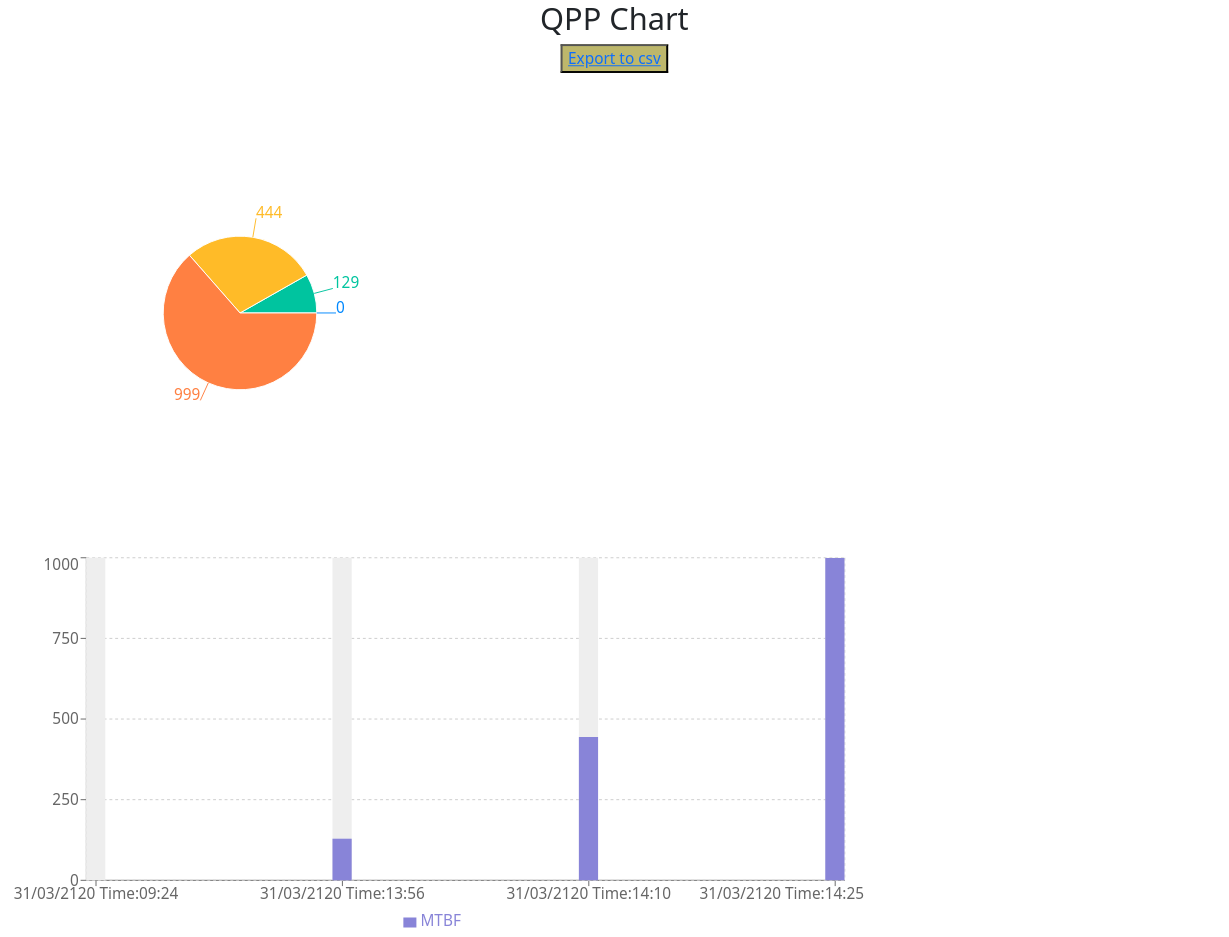
Repository: exiled-kal/ReactChartPrac
Page: /
These files come from the project's save history. The page is drawn as it stood at one moment and after the next save; the edit follows.
The browser window is 1280 px wide. The pictures show the whole page, at 96% of full size.
The project was rebuilt for these pictures with package versions that can differ from the ones it lists, and the page was loaded fresh each time.

Above is the page before, as saved 2021-04-18 19:53:22.

### src/App.js
import './App.css';
import {CSVLink} from 'react-csv';

import {
  PieChart,
  Pie,
  Tooltip,
  BarChart,
  Bar,
  XAxis,
  YAxis,
  CartesianGrid,
  Legend,
  Cell,
} from 'recharts';

const data = [
  {
    StartDateTime: '31/03/2120 Time:09:24',
    SystemUpTime: 6,
    OperationTime: 0,
    DownTime: 0,
    IdleTime: 0,
    MTBF: 0,
    MTBA: 0,
    TotalQuantityIn: 0,
    TotalQuantityOut: 0,
    TotalPassed: 0,
    TotalFailed: 0,
    TotalYield: 0,
    SoftJam: 0,
    HardJam: 0,
    SprintUPH: 514,
  },
  {
    LotID: 'QPP_Test',
    ProductType: 'RB',
    StartDateTime: '31/03/2120 Time:13:56',
    SystemUpTime: 499,
    OperationTime: 129,
    DownTime: 0,
    IdleTime: 364,
    MTBF: 129,
    MTBA: 129,
    TotalQuantityIn: 33,
    TotalQuantityOut: 12,
    TotalPassed: 2,
    TotalFailed: 10,
    TotalYield: 16,
    SoftJam: 0,
    HardJam: 0,
    SprintUPH: 514,
  },
  {
    LotID: 'QPP_Test',
    ProductType: 'RB',
    StartDateTime: '31/03/2120 Time:14:10',
    SystemUpTime: 1481,
    OperationTime: 444,
    DownTime: 0,
    IdleTime: 1028,
    MTBF: 444,
    MTBA: 444,
    TotalQuantityIn: 33,
    TotalQuantityOut: 28,
    TotalPassed: 4,
    TotalFailed: 24,
    TotalYield: 14,
    SoftJam: 0,
    HardJam: 0,
    SprintUPH: 514,
  },
  {
    LotID: 'QPP_Test',
    ProductType: 'RB',
    StartDateTime: '31/03/2120 Time:14:25',
    SystemUpTime: 2680,
    OperationTime: 999,
    DownTime: 0,
    IdleTime: 1581,
    MTBF: 999,
    MTBA: 999,
    TotalQuantityIn: 33,
    TotalQuantityOut: 170,
    TotalPassed: 61,
    TotalFailed: 109,
    TotalYield: 35,
    SoftJam: 0,
    HardJam: 0,
    SprintUPH: 514,
  },
];

const COLORS = ['#0088FE', '#00C49F', '#FFBB28', '#FF8042', '#ff0000'];

const csvReport = {
  filename: './data/data.csv',
  data: data,
};

function App() {
  return (
    <div style={{textAlign: 'center'}}>
      <h2>QPP Chart</h2>
      <button className="csv__button">
        <CSVLink {...csvReport}>Export to csv</CSVLink>
      </button>
      <br />
      <div className="App">
        <PieChart width={500} height={500}>
          <Pie
            dataKey="MTBF"
            isAnimationActive={true}
            data={data}
            cx="50%"
            cy="50%"
            outerRadius={80}
            fill="#8884d8"
            label="Start Date Time"
          >
            {data.map((entry, index) => (
              <Cell
                key={`cell-${index}`}
                fill={COLORS[index % COLORS.length]}
              />
            ))}
          </Pie>
          <Tooltip />
        </PieChart>
        <BarChart
          width={900}
          height={400}
          data={data}
          margin={{
            top: 5,
            right: 20,
            left: 30,
            bottom: 5,
          }}
          barSize={20}
        >
          <XAxis
            dataKey="StartDateTime"
            scale="point"
            padding={{left: 10, right: 10}}
          />

          <YAxis />
          <Tooltip />
          <Legend />
          <CartesianGrid strokeDasharray="3 3" />
          <Bar dataKey="MTBF" fill="#8884d8" background={{fill: '#eee'}} />
        </BarChart>
      </div>
    </div>
  );
}

export default App;

### src/App.css
.App {
  text-align: center;
  /* display: flex; */
  justify-content: space-around;
  align-items: center;
  background-color: #ffff;
}

.csv__button {
  background-color: darkkhaki;
  color: #ffff;
}

.csv__button:hover {
  color: darkkhaki;
  background-color: #ffff;
}

Loaded but not shown: public/index.html (common file); src/index.js (common file); src/index.css (common file); src/reportWebVitals.js (common file)

After the next save:
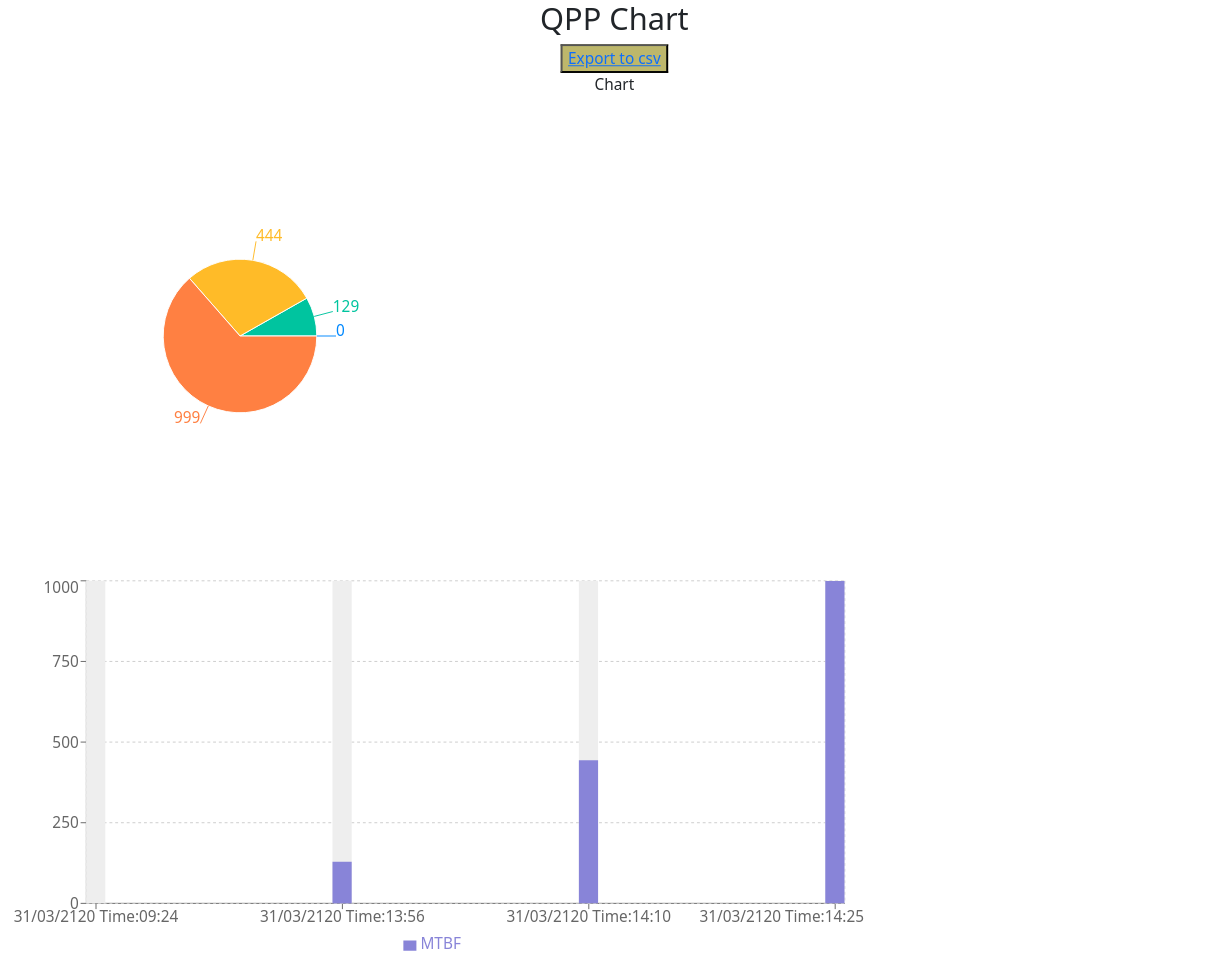
Saved 55 s later.
--- a/src/App.js
+++ b/src/App.js
@@ -107,6 +107,7 @@ function App() {
       </button>
       <br />
       <div className="App">
+      Chart
         <PieChart width={500} height={500}>
           <Pie
             dataKey="MTBF"
